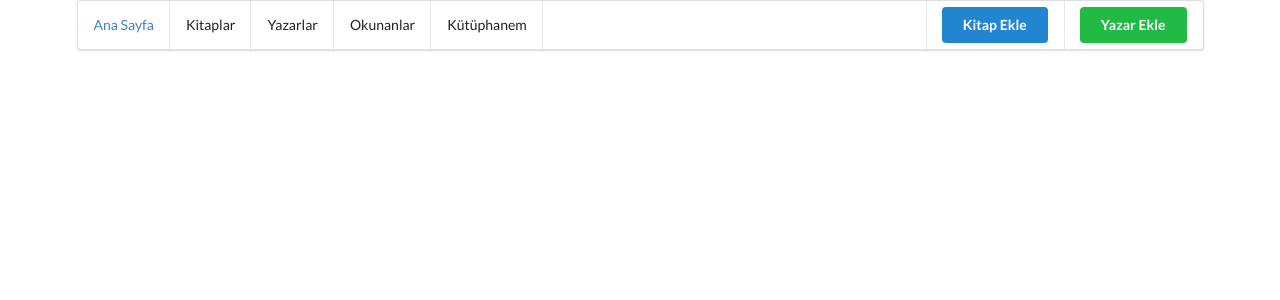
Repository: rizacantire/libraryReactApp
Page: /
These files come from the project's save history. The page is drawn as it stood at one moment and after the next save; the edit follows.
The browser window is 1280 px wide. The pictures show the whole page.
The page's requests for data from a server got no answer. The project was rebuilt for these pictures with package versions that can differ from the ones it lists, and the page was loaded fresh each time. No one was signed in, and anything a server would have sent is missing. Also part of the build but not shown: src/services/authorService.js, src/pages/AuthorList.jsx.

Above is the page before, as saved 2021-08-18 00:29:27.

After the next save:
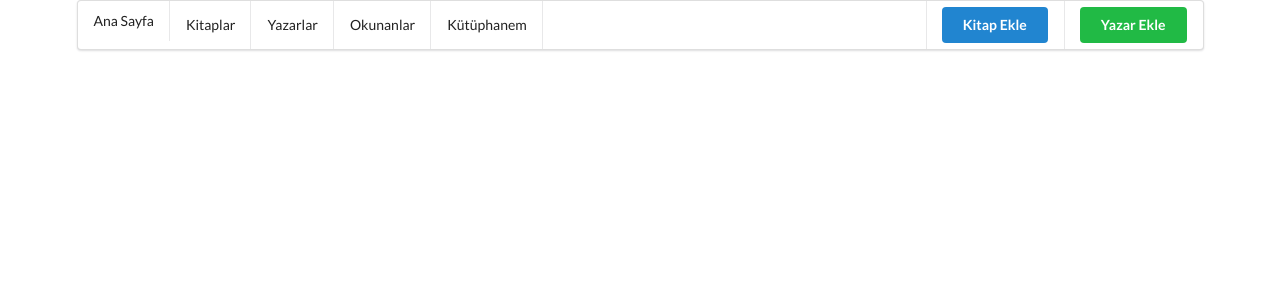
Saved 25 s later.
--- a/src/layouts/Navi.jsx
+++ b/src/layouts/Navi.jsx
@@ -4,13 +4,13 @@
 
 export default function Navi() {
   return (
-    <Menu >
+    <Menu > <Link to={"/"}>
       <Menu.Item name="home">
-        <Link to={"/"}>
+
         Ana Sayfa
-        </Link>
 
-        </Menu.Item>
+
+        </Menu.Item> </Link>
       <Menu.Item name="kitaplar" />
       <Menu.Item name="yazarlar" />
       <Menu.Item name="okunanlar" />

After the save that followed:
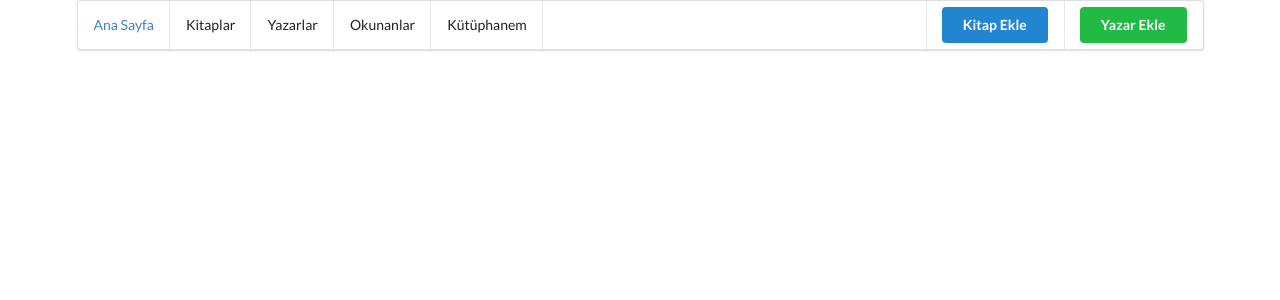
Saved 24 s later.
--- a/src/layouts/Navi.jsx
+++ b/src/layouts/Navi.jsx
@@ -4,13 +4,13 @@
 
 export default function Navi() {
   return (
-    <Menu > <Link to={"/"}>
+    <Menu >
       <Menu.Item name="home">
+        <Link to={"/"}>
+        Ana Sayfa
+        </Link>
 
-        Ana Sayfa
-
-
-        </Menu.Item> </Link>
+        </Menu.Item>
       <Menu.Item name="kitaplar" />
       <Menu.Item name="yazarlar" />
       <Menu.Item name="okunanlar" />
